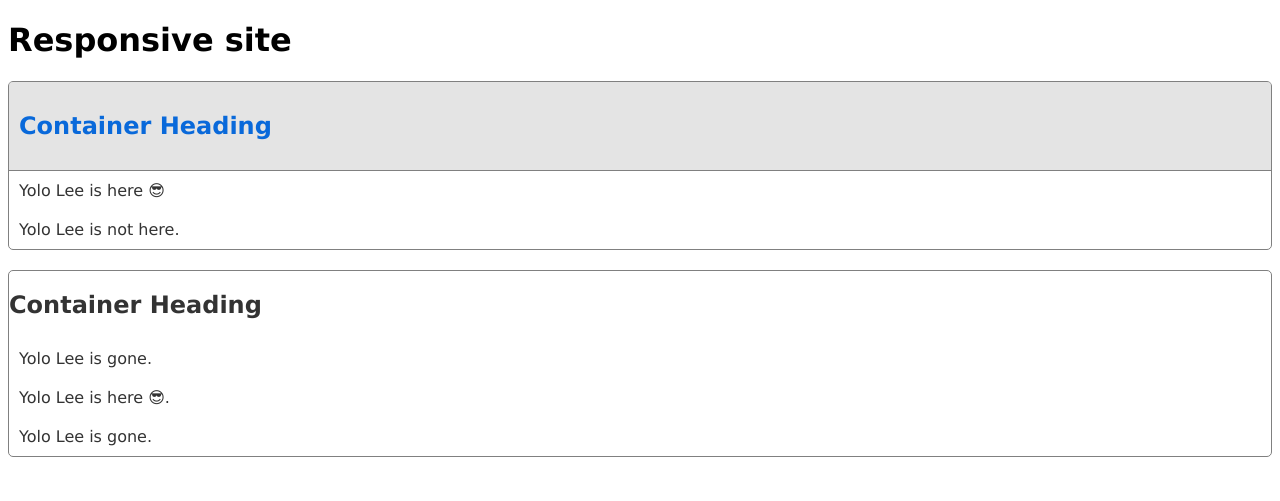
Repository: HyunJunggggg/MDIA2109
Page: inclass/week6/index.html
These files come from the project's save history. The page is drawn as it stood at one moment and after a run of saves; the edit follows.
The browser window is 1280 px wide. The pictures show the whole page.

Above is the page before, as saved 2025-02-13 14:41:43.

### inclass/week6/index.html
<!DOCTYPE html>
<html lang="en">
<head>
  <meta charset="UTF-8">
  <meta name="viewport" content="width=device-width, initial-scale=1.0">
  <link rel="stylesheet" href="css/style.css">
  <title>Code with me and responsive site 😉</title>
</head>

<body>
  <h1>Responsive site</h1>

  <section class="container">
    <header class="container__header">
      <h1 class="container__title">Container Heading</h1>
    </header>
    <div class="container__content">
      Yolo Lee is here 😎
    </div>
    <div class="container__content">
      Yolo Lee is not here.
    </div>
  </section>

  <section class="container">
    <h1 class="container__title">Container Heading</h1>
    <div class="container__content">
      Yolo Lee is gone.
    </div>
    <div class="container__content">
      Yolo Lee is here 😎.
    </div>
    <div class="container__content">
      Yolo Lee is gone.
    </div>
  </section>
</body>
</html>

### inclass/week6/css/style.css
html{
  font-family: Verdana, Geneva, Tahoma, sans-serif;
}

.container{
  border: 1px solid grey;
  border-radius: 5px;
  color: #333;
  margin-bottom: 20px;

  &:last-child {
      /* .container + .container
    if container directly next to container
    it will apply. sibling selector
   it can use for .container:last-child */
    margin-top: 20px;
  }
}

.container__header{
  color: #0969da;
  background-color: #ccc8;
  border-bottom: 1px solid grey;
  padding: 10px;
}

.container__content{
  padding: 10px;

}

After the next 3 saves:
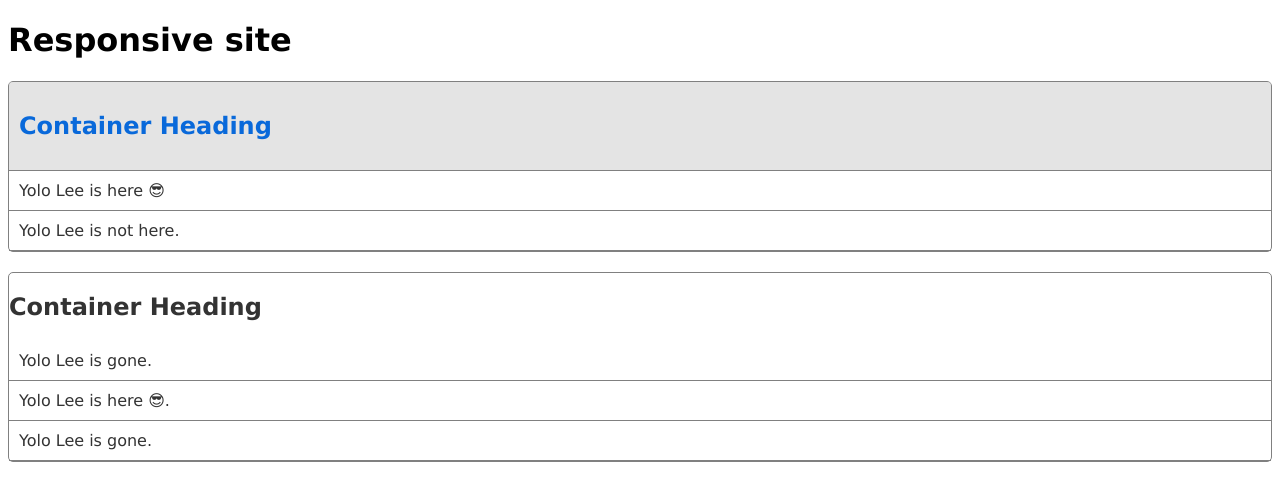
The 3 saves are shown as one change because they came seconds apart.
The last was saved 11 s later.
--- a/inclass/week6/css/style.css
+++ b/inclass/week6/css/style.css
@@ -26,5 +26,6 @@ html{
 
 .container__content{
   padding: 10px;
+  border-bottom: 1px solid gray;
 
 }
